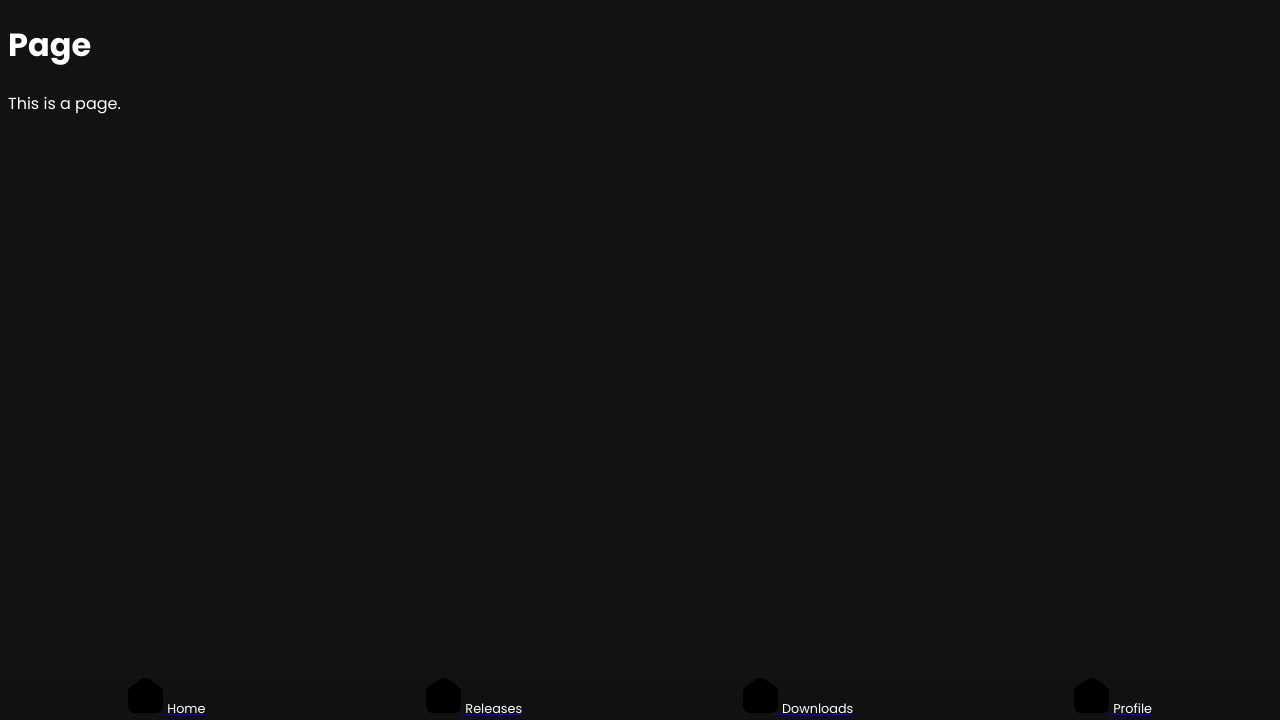
Repository: NubbDev/anime-frontend
Page: /
An editor plug-in stored every save of this project. The page is shown before and after the next save, followed by the edit.
The browser window is 1280 px wide. The pictures show the whole page.
The project was rebuilt for these pictures with package versions that can differ from the ones it lists, and the page was loaded fresh each time. The framework's server and built-in components were replaced by stand-ins that run in the browser. Also part of the build but not shown: svelte.config.js, vite.config.js.

Above is the page before, as saved 2024-08-08 01:32:30.

After the next save:
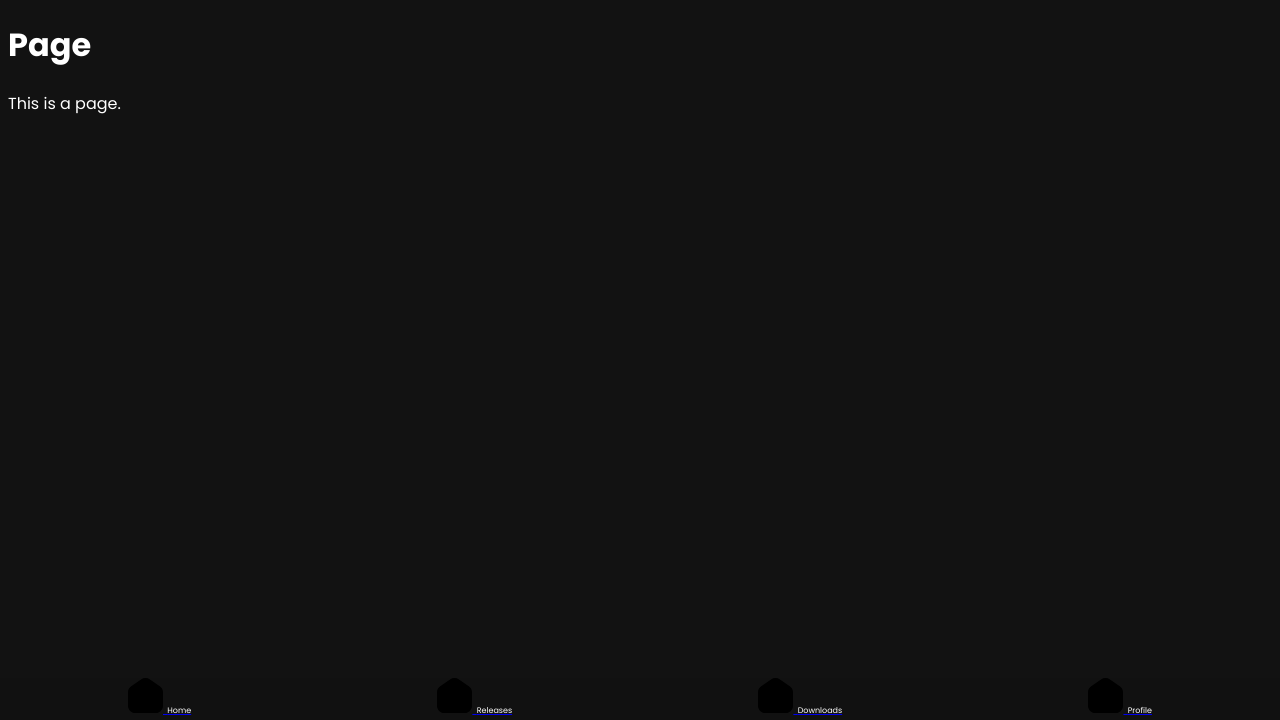
Saved 22 s later.
--- a/src/components/navigation/NavBar.svelte
+++ b/src/components/navigation/NavBar.svelte
@@ -73,7 +73,7 @@
     }
     nav a span {
         color: white;
-        font-size: 0.8rem;
+        font-size: 0.5rem;
         text-decoration: none;
     }
 </style>
